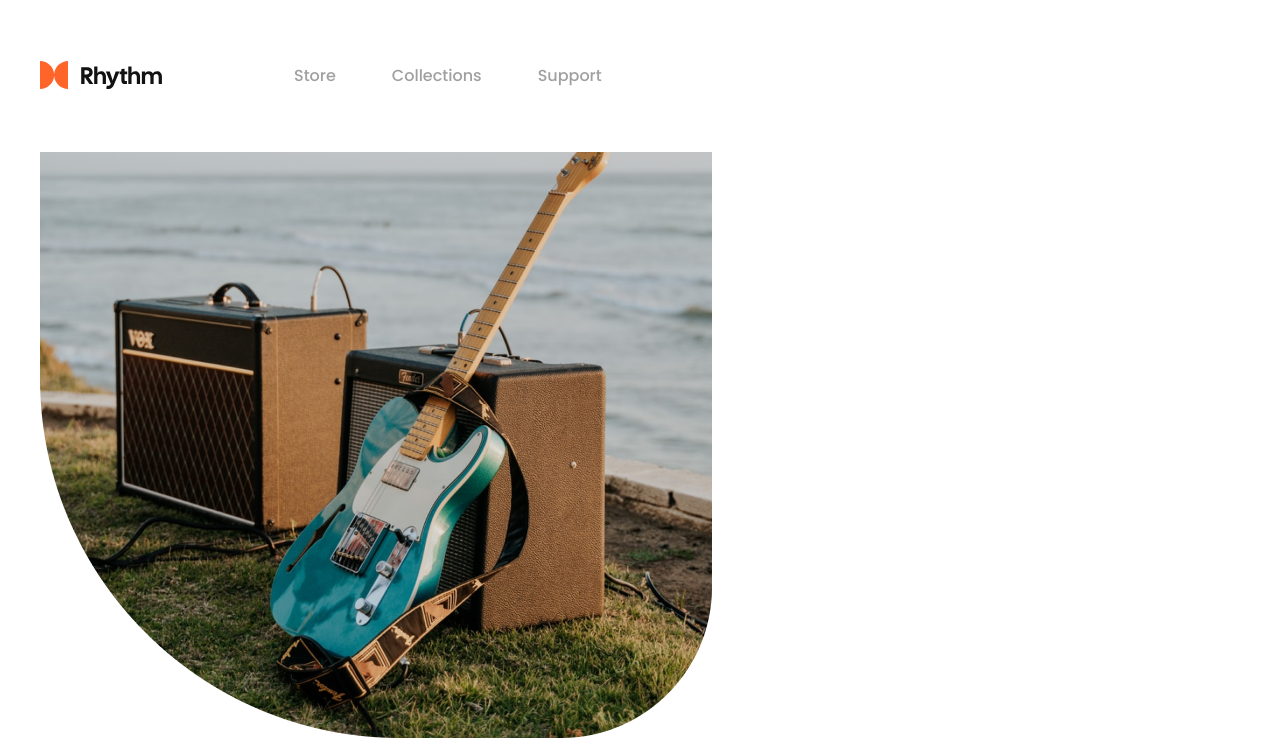
Repository: Ed-Lubenets/website_guitar
Page: index.html
These files come from the project's save history. The page is drawn as it stood at one moment and after a run of saves; the edit follows.
The browser window is 1280 px wide. The pictures show the whole page.

Above is the page before, as saved 2023-01-02 14:52:48.

After the next 2 saves:
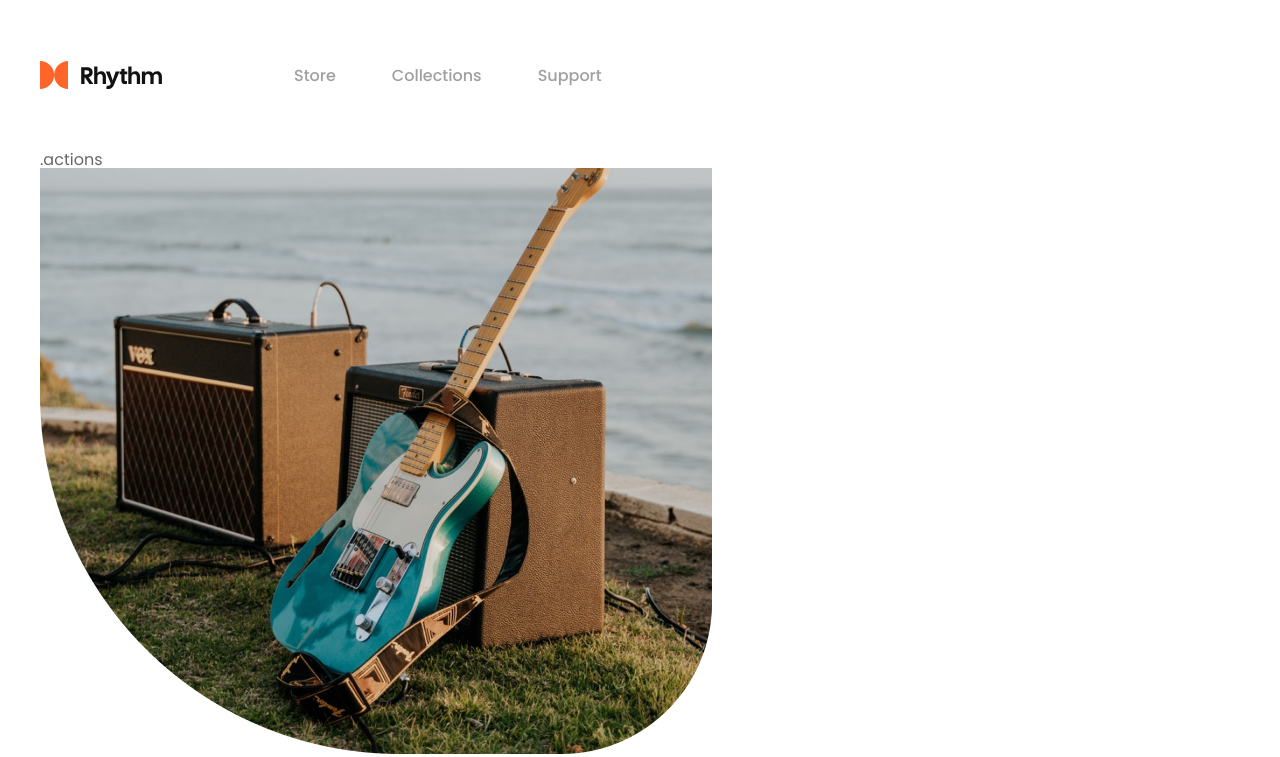
The 2 saves are shown as one change because they came seconds apart.
The last was saved 6 s later.
--- a/index.html
+++ b/index.html
@@ -34,7 +34,7 @@
                         <h1 class="main__title"></h1>
                         <p class="main__text"></p>
                         <div class="main__actions actions-main">
-
+                            .actions
                         </div>
                     </div>
                     <div class="main__decor decor-main">
